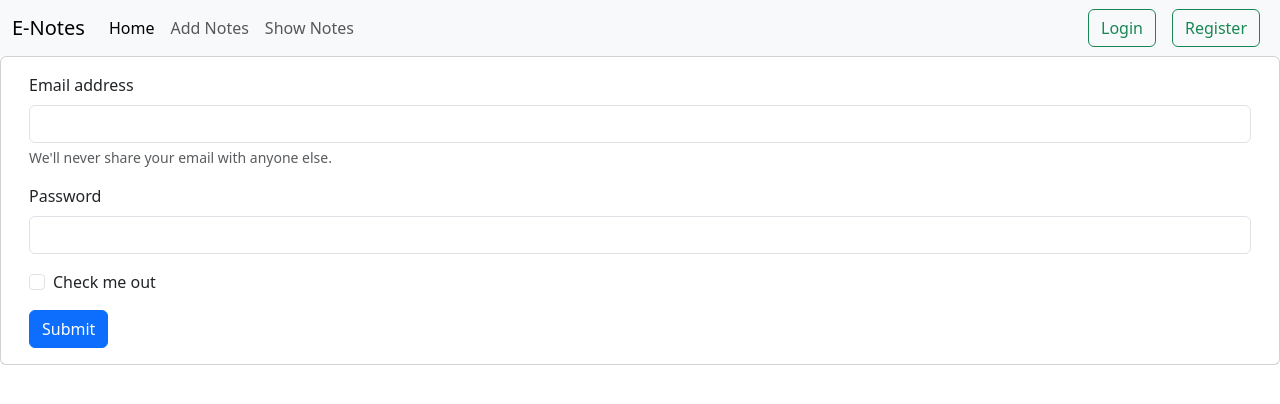
Repository: SandeepSharma2002/JavaProjects
Page: http://localhost/ENotes/LoginPage.jsp
These files come from the project's save history. The page is drawn as it stood at one moment and after the next save; the edit follows.
The browser window is 1280 px wide. The pictures show the whole page.
The page is served by Tomcat 9.

Above is the page before, as saved 2023-10-23 19:58:24.

After the next save:
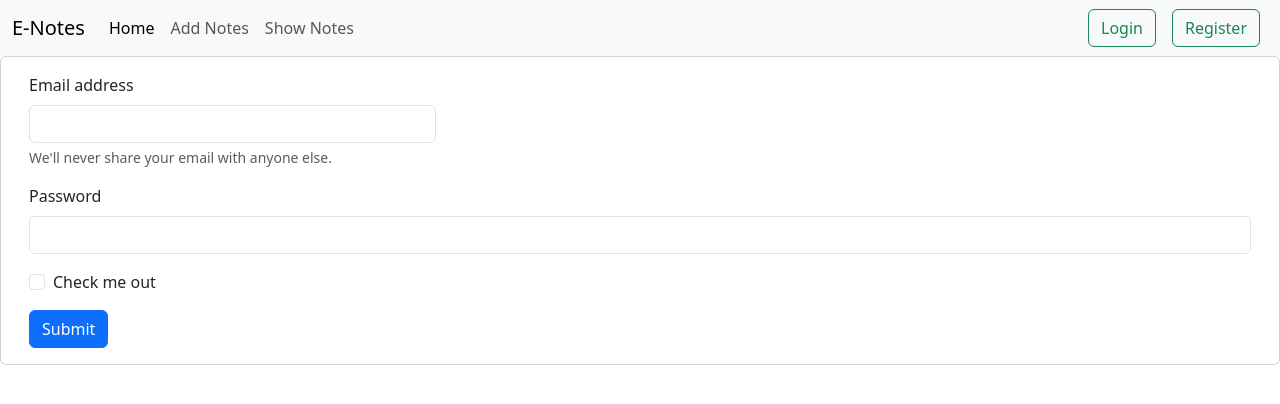
Saved 70 s later.
--- a/ENotes/src/main/webapp/LoginPage.jsp
+++ b/ENotes/src/main/webapp/LoginPage.jsp
@@ -12,7 +12,7 @@
 	<div class="card container-fluid">
 		<div class="card-body">
 			<form>
-				<div class="mb-3">
+				<div class="mb-3 col-md-4">
 					<label for="exampleInputEmail1" class="form-label">Email
 						address</label> <input type="email" class="form-control"
 						id="exampleInputEmail1" aria-describedby="emailHelp">
